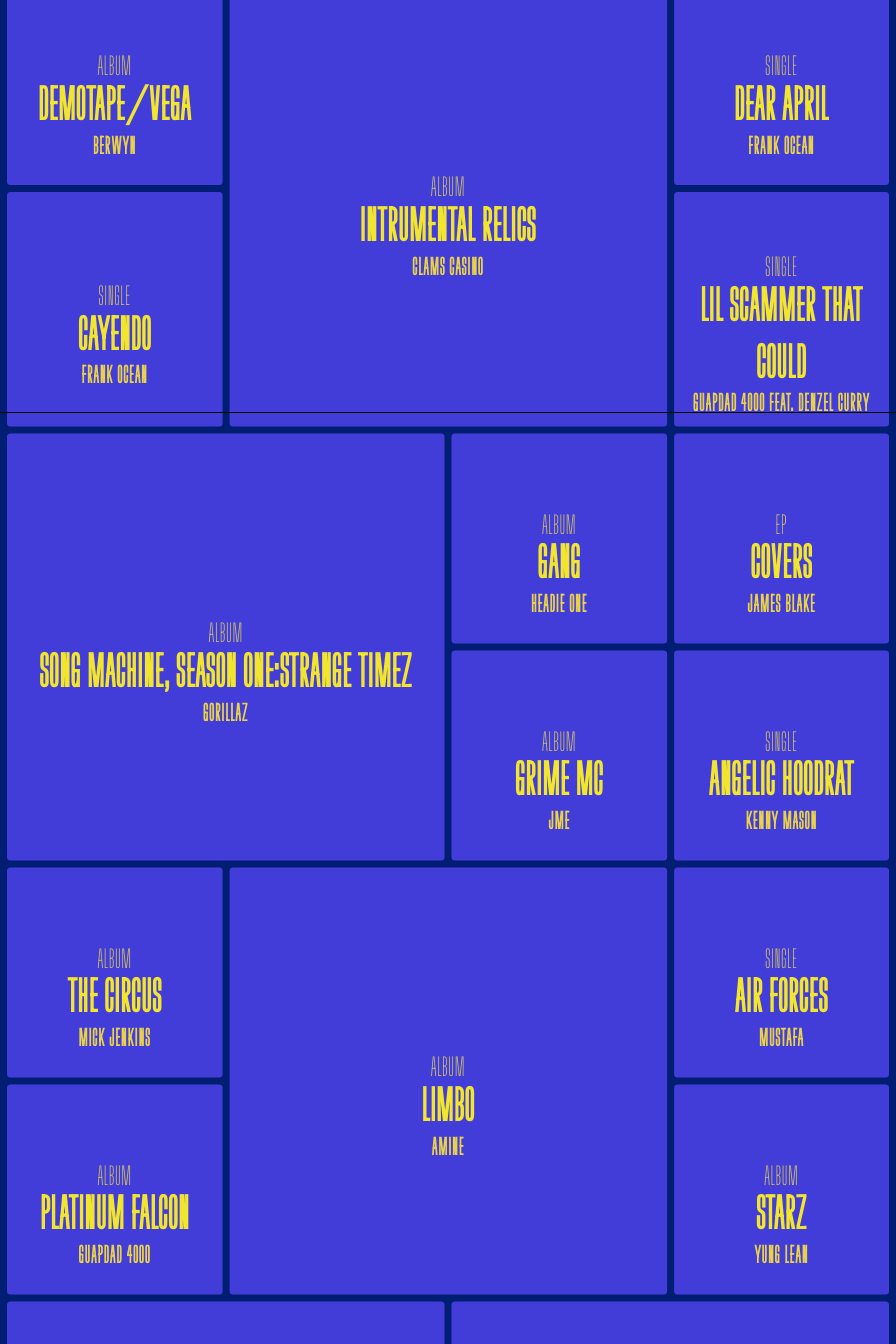
Repository: Spreceriany/musicly2020
Page: /
These files come from the project's save history. The page is drawn as it stood at one moment and after the next save; the edit follows.
The browser window is 1280 px wide. The pictures show the part of the page from y = 2315 to 4235 px (the page is 6035 px tall), at 70% of full size.
Backgrounds fixed to the window are drawn as part of the page. The project was rebuilt for these pictures with package versions that can differ from the ones it lists, and the page was loaded fresh each time.

Above is the page before, as saved 2021-01-16 16:30:20.
Console error: ReferenceError: Blazy is not defined

### index.html
<!doctype html>
<html class="no-js" lang="">

<head>
  <meta charset="utf-8">
  <title></title>
  <meta name="description" content="">
  <meta name="viewport" content="width=device-width, initial-scale=1">

  <meta property="og:title" content="">
  <meta property="og:type" content="">
  <meta property="og:url" content="">
  <meta property="og:image" content="">

  <link rel="manifest" href="site.webmanifest">
  <link rel="apple-touch-icon" href="icon.png">
  <!-- Place favicon.ico in the root directory -->

  <link rel="stylesheet" href="css/main.css">

  <meta name="theme-color" content="#fafafa">
</head>

<body>

  <div class="intro-wrapper">
    <div class="intro-bg" id="intro-bg">

    </div>
    <h3 id="title">
      My favourite albums/singles of <span class="year">2020</span>
    </h3>
    <p id="title-desc">
      A collection of music I've been listening to throughout the year
    </p>
  </div>

  <div class="grid-layout">
    <div class="grid-item grid-item-1">
      <div class="image-container  data-tilt data-tilt-glare data-tilt-max-glare="0.8"">

        <a href="https://open.spotify.com/album/6wTyGUWGCilBFZ837k5aRi">
          <img data-src="img/21savage.jpg" class="b-lazy" alt="image">
        </a>
      </div>
      <div class="album-disc">
        <a href="https://open.spotify.com/album/6wTyGUWGCilBFZ837k5aRi">
          <p>Album</p>
          <h2>Savage Mode ||</h2>
          <h3>21 Savage & Metro Boomin</h3>
        </a>
      </div>
    </div>
    <div class="grid-item grid-item-2 ">
      <div class="image-container data-tilt-glare ">
        <a href="https://open.spotify.com/album/4yP0hdKOZPNshxUOjY0cZj">
        <img data-src="img/Weekend-After-Hours-p.jpg" alt="image" class="b-lazy">
      </a>
      </div>
      <div class="album-disc">
        <a href="https://open.spotify.com/album/4yP0hdKOZPNshxUOjY0cZj">
        <p>Album</p>
        <h2>After Hours</h2>
        <h3>The Weeknd</h3>
      </a>
      </div>
    </div>

    <div class="grid-item grid-item-4">
      <div class="image-container">
        <a href="https://open.spotify.com/album/7h4cJfXQZMUCzHdqh25ye6?highlight=spotify:track:5QAUGlyYPPnis3e8ln0qiz">
        <img data-src="img/jpegmafia.jpg" class="b-lazy"  alt="image" >
      </a>
      </div>
      <div class="album-disc">
        <a href="https://open.spotify.com/album/7h4cJfXQZMUCzHdqh25ye6?highlight=spotify:track:5QAUGlyYPPnis3e8ln0qiz">
        <p>Single</p>
        <h2>BALD!</h2>
        <h3>JPEGMAFIA</h3>
        </a>
      </div>
    </div>
    <div class="grid-item span-2 grid-item-5">
      <div class="image-container">
        <a href="https://open.spotify.com/album/3dkB97Zw0sisRWTn0Wokjg?highlight=spotify:track:20wMPnqHdNdBWaKRaMM7fD">
        <img data-src="img/slowthai-feel-away.jpg" class="b-lazy" alt="image" >
      </a>
      </div>
      <div class="album-disc">
        <a href="https://open.spotify.com/album/3dkB97Zw0sisRWTn0Wokjg?highlight=spotify:track:20wMPnqHdNdBWaKRaMM7fD">
        <p>Single</p>
        <h2>Feel Away</h2>
        <h3>Slowthai feat. James Blake</h3>
      </a>
      </div>
    </div>
    <div class="grid-item grid-item-6">
      <div class="image-container">
        <a href="https://open.spotify.com/album/121Hqnfr9tMBdL0LJuIstL">
        <img data-src="img/dawson.jpg" class="b-lazy"  alt="image" >
      </a>
      </div>
      <div class="album-disc">
        <a href="https://open.spotify.com/album/121Hqnfr9tMBdL0LJuIstL">
        <p>Album</p>
        <h2>Pixel Bath</h2>
        <h3>Jean Daawson</h3>
      </a>
      </div>
    </div>
    <div class="grid-item span-2 grid-item-7">
      <div class="image-container">
        <a href="https://open.spotify.com/album/5LsyqeWryTmxsmda4xkm5a">
        <img data-src="img/denzel.jpg" class="b-lazy"  alt="image" >
      </a>
      </div>
      <div class="album-disc">
        <a href="https://open.spotify.com/album/5LsyqeWryTmxsmda4xkm5a">
        <p>Album</p>
        <h2>UNLOCKED</h2>
        <h3>Denzel Curry</h3>
      </a>
      </div>
    </div>
    <div class="grid-item span-2 grid-item-8">
      <div class="image-container">
        <a href="https://open.spotify.com/album/1YZ3k65Mqw3G8FzYlW1mmp">
        <img data-src="img/circles.jpeg" class="b-lazy" alt="image" >
      </a>
      </div>
      <div class="album-disc">
        <a href="https://open.spotify.com/album/1YZ3k65Mqw3G8FzYlW1mmp">
        <p>Album</p>
        <h2>Circles</h2>
        <h3>Mac Miller</h3>
      </a>
      </div>
    </div>
    <div class="grid-item span-2 grid-item-9">

      <div class="image-container">
        <a href="https://open.spotify.com/album/31qVWUdRrlb8thMvts0yYL">
        <img data-src="img/tame_impala.jpg" class="b-lazy" alt="image" >
      </a>
      </div>
      <div class="album-disc">
        <a href="https://open.spotify.com/album/31qVWUdRrlb8thMvts0yYL">
        <p>Album</p>
        <h2>Slow Rush</h2>
        <h3>Tame Impala</h3>
      </a>
      </div>
    </div>
    <div class="grid-item grid-item-10">

      <div class="image-container">
        <a href="https://open.spotify.com/album/3SucuvOplRzjCm602c5XuK">
         <img data-src="img/berwyn.jpg" class="b-lazy" alt="image" >
        </a>
      </div>
      <div class="album-disc">
        <a href="https://open.spotify.com/album/3SucuvOplRzjCm602c5XuK">
        <p>Album</p>
        <h2>Demotape/Vega</h2>
        <h3>Berwyn</h3>
      </a>
      </div>

    </div>
    <div class="grid-item grid-item-11 span-2">
      <div class="image-container">
        <a href="https://open.spotify.com/album/66eXLlqksAwNndmHaHWtCq">
        <img data-src="img/clams_casino.jpg" class="b-lazy" alt="image" >
      </a>
      </div>
      <div class="album-disc">
        <a href="https://open.spotify.com/album/66eXLlqksAwNndmHaHWtCq">
        <p>Album</p>
        <h2>Intrumental Relics</h2>
        <h3>Clams Casino</h3>
      </a>
      </div>
    </div>
    <div class="grid-item span-2 grid-item-12">
      <div class="image-container">
        <a href="https://open.spotify.com/album/5I9K0u8r52jp4Y2bF8mOaz">
        <img data-src="img/gorillaz.jpg" class="b-lazy" alt="image" >
      </a>
      </div>
      <div class="album-disc">
        <a href="https://open.spotify.com/album/5I9K0u8r52jp4Y2bF8mOaz">
        <p>Album</p>
        <h2>Song Machine, Season One:Strange Timez</h2>
        <h3>Gorillaz</h3>
      </a>
      </div>
    </div>
    <div class="grid-item  grid-item-13">
      <div class="image-container">
        <a href="">
        <img data-src="img/dearapril.jpg" class="b-lazy" alt="image" >
      </a>
      </div>
      <div class="album-disc">
        <a href="">
        <p>Single</p>
        <h2>Dear April</h2>
        <h3>Frank Ocean</h3>
      </a>
      </div>
    </div>
    <div class="grid-item grid-item-14">
      <div class="image-container">
        <a href="">
        <img data-src="img/frank_cayendo.jpg" class="b-lazy"  alt="image" >
      </a>
      </div>
      <div class="album-disc">
        <a href="">
        <p>Single</p>
        <h2>Cayendo</h2>
        <h3>Frank Ocean</h3>
      </a>
      </div>
    </div>
    <div class="grid-item grid-item-15">
      <div class="image-container">
        <a href="">
        <img data-src="img/guapdad.png" class="b-lazy" alt="image" >
      </a>
      </div>
      <div class="album-disc">
        <a href="">
        <p>Single</p>
        <h2>Lil Scammer That Could</h2>
        <h3>Guapdad 4000 feat. Denzel Curry</h3>
      </a>
      </div>
    </div>
    <div class="grid-item grid-item-16">
      <div class="image-container">
        <a href="">
        <img data-src="img/headie.jpg" class="b-lazy" alt="image" >
      </a>
      </div>
      <div class="album-disc">
        <a href="">
        <p>Album</p>
        <h2>GANG</h2>
        <h3>Headie One</h3>
      </a>
      </div>
    </div>
    <div class="grid-item span-3 grid-item-17">
      <div class="image-container">
        <a href="">
        <img data-src="img/james-blake.jpg" class="b-lazy" alt="image" >
      </a>
      </div>
      <div class="album-disc">
        <a href="">
        <p>Ep</p>
        <h2>Covers</h2>
        <h3>James Blake</h3>
      </a>
      </div>
    </div>
    <div class="grid-item grid-item-18">
      <div class="image-container">
        <a href="">
        <img data-src="img/jme.jpg" class="b-lazy" alt="image" >
      </a>
      </div>
      <div class="album-disc">
        <a href="">
        <p>Album</p>
        <h2>Grime MC</h2>
        <h3>JME</h3>
      </a>
      </div>
    </div>
    <div class="grid-item grid-item-19">
      <div class="image-container">
        <a href="">
        <img data-src="img/kenny.jpg" class="b-lazy" alt="image" >
      </a>
      </div>
      <div class="album-disc">
        <a href="">
        <p>Single</p>
        <h2>Angelic Hoodrat</h2>
        <h3>Kenny Mason</h3>
      </a>
      </div>
    </div>

    <div class="grid-item  grid-item-21">
      <div class="image-container">
        <a href="">
        <img data-src="img/mick.png" class="b-lazy" alt="image" >
      </a>
      </div>
      <div class="album-disc">
        <a href="">
        <p>Album</p>
        <h2>The Circus</h2>
        <h3>Mick Jenkins</h3>
      </a>
      </div>

    </div>
    <div class="grid-item span-2 grid-item-20">
      <div class="image-container">
        <a href="">
        <img data-src="img/limbo_amine.jpg" class="b-lazy" alt="image" >
      </a>
      </div>
      <div class="album-disc">
        <a href="">
        <p>Album</p>
        <h2>Limbo</h2>
        <h3>Amine</h3>
      </a>
      </div>
    </div>
    <div class="grid-item span-2 grid-item-22">
      <div class="image-container">
        <a href="">
        <img data-src="img/moses.jpg" class="b-lazy" alt="image" >
      </a>
      </div>
      <div class="album-disc">
        <a href="">
        <p>Album</p>
        <h2>grae</h2>
        <h3>Moses Sumney</h3>
      </a>
      </div>
    </div>
    <div class="grid-item grid-item-23">
      <div class="image-container">
        <a href="">
        <img data-src="img/mustafa.png" class="b-lazy" alt="image" >
      </a>
      </div>
      <div class="album-disc">
        <a href="">
        <p>Single</p>
        <h2>Air Forces</h2>
        <h3>Mustafa</h3>
      </a>
      </div>
    </div>
    <div class="grid-item grid-item-24">
      <div class="image-container">
        <a href="">
        <img data-src="img/platinum falcon.jpg" class="b-lazy" alt="image" >
      </a>
      </div>
      <div class="album-disc">
        <a href="">
        <p>Album</p>
        <h2>Platinum Falcon</h2>
        <h3>Guapdad 4000</h3>
      </a>
      </div>
    </div>
    <div class="grid-item span-2 grid-item-25">
      <div class="image-container">
        <a href="">
        <img data-src="img/motm3.jpg" class="b-lazy" alt="image" >
      </a>
      </div>
      <div class="album-disc">
        <a href="">
        <p>Album</p>
        <h2>Man on the Moon 3</h2>
        <h3>Kid Cudi</h3>
      </a>
      </div>
    </div>
    <div class="grid-item  grid-item-26">
      <div class="image-container">
        <a href="">
        <img data-src="img/yung_lean.png" class="b-lazy"   alt="image" >
      </a>
      </div>
      <div class="album-disc">
        <a href="">
        <p>Album</p>
        <h2>Starz</h2>
        <h3>Yung Lean</h3>
      </a>
      </div>
    </div>
    <div class="grid-item  grid-item-26">
      <div class="image-container">
        <a href="">
        <img data-src="img/tobi.jpg" class="b-lazy"  alt="image" >
      </a>
      </div>
      <div class="album-disc">
        <a href="">
        <p>EP</p>
        <h2>LINGO STARR</h2>
        <h3>tobi lou</h3>
      </a>
      </div>
    </div>
    <div class="grid-item  grid-item-26">
      <div class="image-container">
        <a href="">
        <img data-src="img/whiterose.jpg" class="b-lazy"  alt="image" >
      </a>
      </div>
      <div class="album-disc">
        <a href="">
        <p>Album</p>
        <h2>white ceiling</h2>
        <h3>whiterosemoxie</h3>
      </a>
      </div>
    </div>
    <div class="grid-item span-2 grid-item-26">
      <div class="image-container">
        <a href="">
        <img data-src="img/spiligion.png" class="b-lazy" alt="image" >
      </a>
      </div>
      <div class="album-disc">
        <a href="">
        <p>Album</p>
        <h2>Spligion</h2>
        <h3>Spillage Village</h3>
      </a>
      </div>
    </div>
    <div class="grid-item  grid-item-26">
      <div class="image-container">
        <a href="">
        <img data-src="img/kota.jpg" class="b-lazy" alt="image" >
      </a>
      </div>
      <div class="album-disc">
        <a href="">
        <p>Album</p>
        <h2>EVERYTHING</h2>
        <h3>Kota the Friend</h3>
      </a>
      </div>
    </div>
    <div class="grid-item  grid-item-26">
      <div class="image-container">
        <a href="">
        <img data-src="img/rapper-weed.jpg" class="b-lazy" alt="image" >
      </a>
      </div>
      <div class="album-disc">
        <a href="">
        <p>Single</p>
        <h2>Rapper Weed</h2>
        <h3>SiR</h3>
      </a>
      </div>
    </div>
    <div class="grid-item span-2 grid-item-27">
      <div class="image-container">
        <a href="">
        <img data-src="img/strokes.jpg" class="b-lazy"  alt="image" >
      </a>
      </div>
      <div class="album-disc">
        <a href="">
        <p>Album</p>
        <h2>The New Abnormal</h2>
        <h3>The Strokes</h3>
      </a>
      </div>
    </div>



  </div>




  <script src="js/vendor/modernizr-3.11.2.min.js"></script>
  <script src="js/plugins.js"></script>
  <script defer src="js/main.js"></script>
  <script src="js/blazy.js"></script>
  <script src="js/gsap-public/gsap-public/minified/gsap.min.js"></script>
  <script src="js/vanilla-tilt.min.js"></script>
  <!-- Google Analytics: change UA-XXXXX-Y to be your site's ID. -->
  <script>
    var blazy = new Blazy({
      offset:400
    });
  </script>

  <script type="text/javascript">
    VanillaTilt.init(document.querySelectorAll(".image-container"), {
      max: 10,
      speed: 700,
      glare:true,
      gyroscope:false,


      "max-glare":.6,
    });

    //It also supports NodeList
    VanillaTilt.init(document.querySelectorAll(".image-container"));
  </script>

  <script src="https://www.google-analytics.com/analytics.js" async></script>
</body>

</html>

### css/main.css
@font-face {
  font-family: "Gt Flexa";
  src: url("../css/GT Flexa Regular.ttf");
}

* {
  -webkit-box-sizing: border-box;
          box-sizing: border-box;
  padding: 0;
  margin: 0;
}

body {
  font-family: "GT Flexa";
  -webkit-font-smoothing: antialiased;
  -moz-osx-font-smoothing: grayscale;
}

.grid-layout {
  display: -ms-grid;
  display: grid;
  -ms-grid-columns: (minmax(300px, 1fr))[auto-fill];
      grid-template-columns: repeat(auto-fill, minmax(300px, 1fr));
  grid-gap: 10px;
  grid-auto-rows: minmax(300px, auto);
  grid-auto-flow: dense;
  padding: 10px;
  background-color: #021E73;
}

.grid-item {
  display: -ms-grid;
  display: grid;
  padding: 1rem;
  font-size: 40px;
  -webkit-box-align: stretch;
      -ms-flex-align: stretch;
          align-items: stretch;
  justify-items: center;
  background-color: #423DD9;
  height: 100%;
  color: #929796;
  border-radius: 5px;
}

.grid-item h2 {
  color: #F2E52E;
  text-transform: uppercase;
  letter-spacing: 2px;
  margin-top: -12px;
  font-size: 4.2rem;
}

.grid-item h3 {
  color: #E9D249;
  text-transform: uppercase;
  letter-spacing: 2px;
  font-size: 2.2rem;
  font-weight: 700;
}

.grid-item p {
  text-transform: uppercase;
  letter-spacing: 1px;
  color: #cabc69;
}

.span-2 {
  -ms-grid-column-span: 2;
      grid-column-end: span 2;
  -ms-grid-row-span: 2;
      grid-row-end: span 2;
}

@media (max-width: 646px) {
  .grid-layout {
    -ms-grid-columns: 1fr;
        grid-template-columns: 1fr;
  }
  .span-2 {
    grid-column-end: auto;
    grid-row-end: auto;
  }
}

img {
  width: 100%;
  height: auto;
}

.image-container {
  width: 100%;
  display: table;
}

.image-container a {
  display: -webkit-box;
  display: -ms-flexbox;
  display: flex;
}

.image-container img {
  -o-object-fit: cover;
     object-fit: cover;
  -webkit-box-shadow: 7px 4px 8px 0px rgba(0, 0, 0, 0.63);
  box-shadow: 7px 4px 8px 0px rgba(0, 0, 0, 0.63);
  -webkit-transition: -webkit-transform .7s ease, -webkit-box-shadow .7s ease;
  transition: -webkit-transform .7s ease, -webkit-box-shadow .7s ease;
  transition: transform .7s ease, box-shadow .7s ease;
  transition: transform .7s ease, box-shadow .7s ease, -webkit-transform .7s ease, -webkit-box-shadow .7s ease;
}

.album-disc {
  width: 100%;
  position: relative;
  display: -webkit-box;
  display: -ms-flexbox;
  display: flex;
  -webkit-box-orient: vertical;
  -webkit-box-direction: normal;
      -ms-flex-direction: column;
          flex-direction: column;
  -webkit-box-align: center;
      -ms-flex-align: center;
          align-items: center;
  -webkit-transition: opacity .7s ease, -webkit-transform .7s ease;
  transition: opacity .7s ease, -webkit-transform .7s ease;
  transition: opacity .7s ease, transform .7s ease;
  transition: opacity .7s ease, transform .7s ease, -webkit-transform .7s ease;
  margin-top: 15px;
}

.album-disc a {
  -ms-flex-item-align: center;
      -ms-grid-row-align: center;
      align-self: center;
  text-decoration: none;
  text-align: center;
  position: relative;
}

.intro-wrapper {
  width: 100%;
  min-height: 100vh;
  background-color: #021E73;
  display: -ms-grid;
  display: grid;
  z-index: 10;
  padding: 40px;
  background-position: 60% center;
  place-content: center;
  position: relative;
}

@media only screen and (max-width: 996px) {
  .intro-wrapper .intro-wrapper {
    background-position: left;
  }
}

.intro-wrapper h3 {
  opacity: 0;
  font-weight: 700;
  text-transform: uppercase;
  color: #F2E52E;
  letter-spacing: 3px;
  font-size: max(11vw, 5rem);
}

@media (max-width: 556px) {
  .intro-wrapper h3, .intro-wrapper p {
    line-height: 94%;
  }
}

.intro-wrapper p {
  font-size: max(5vw, 3rem);
  color: #E9D249;
  letter-spacing: 2px;
  line-height: 45px;
  opacity: 0;
}

.intro-wrapper .intro-bg {
  position: absolute;
  width: 100%;
  height: 100%;
  background-image: url("../img/Sluchatka.png");
  background-size: cover;
  background-repeat: no-repeat;
  background-position: center;
  background-attachment: fixed;
  z-index: -1;
  opacity: 0;
}

@media only screen and (max-width: 996px) {
  .intro-wrapper .intro-bg {
    background-position: left;
  }
}

.year {
  color: #021E73;
  text-shadow: 1px 0 0 #F2E52E, 0 1px 0 #F2E52E, -1px 0 0 #F2E52E, 0 -1px 0 #F2E52E;
}

.b-lazy {
  -webkit-transition: opacity 500ms ease-in-out;
  transition: opacity 500ms ease-in-out;
  max-width: 100%;
  opacity: 0;
}

.b-lazy.b-loaded {
  opacity: 1;
}

.grid-item:hover .image-container img {
  -webkit-transform: scale(1.02);
          transform: scale(1.02);
  -webkit-box-shadow: 5px 3px 30px 9px #000000;
  box-shadow: 0px 14px 43px 6px #000000;
}

.grid-item:hover .album-disc {
  -webkit-transform: scale(0.9);
          transform: scale(0.9);
  opacity: 0.8;
}
/*# sourceMappingURL=main.css.map */

### js/plugins.js
// Avoid `console` errors in browsers that lack a console.
(function() {
  var method;
  var noop = function () {};
  var methods = [
    'assert', 'clear', 'count', 'debug', 'dir', 'dirxml', 'error',
    'exception', 'group', 'groupCollapsed', 'groupEnd', 'info', 'log',
    'markTimeline', 'profile', 'profileEnd', 'table', 'time', 'timeEnd',
    'timeline', 'timelineEnd', 'timeStamp', 'trace', 'warn'
  ];
  var length = methods.length;
  var console = (window.console = window.console || {});

  while (length--) {
    method = methods[length];

    // Only stub undefined methods.
    if (!console[method]) {
      console[method] = noop;
    }
  }
}());

// Place any jQuery/helper plugins in here.

### js/main.js
const timeline = gsap.timeline({defaults: {duration:1}})

timeline
    .to('#intro-bg',{scale:1,opacity:1,duration:1.5})
    .to('#title',{opacity:1})
    .to('#title-desc',{opacity:1})

Loaded but not shown: js/vendor/modernizr-3.11.2.min.js (library); js/gsap-public/gsap-public/minified/gsap.min.js (library); js/vanilla-tilt.min.js (library); js/blazy.js (370 lines, source omitted)

After the next save:
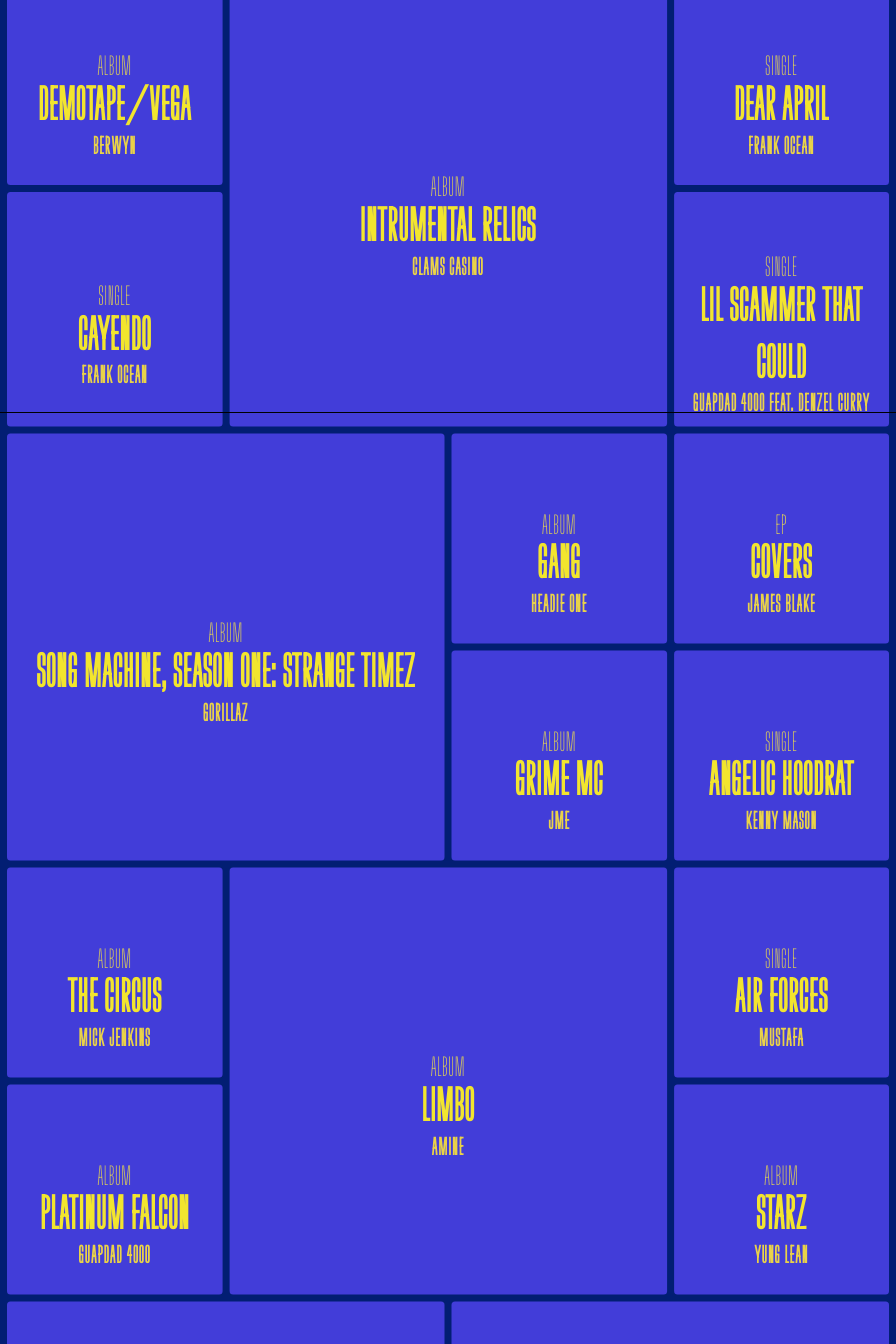
Saved 71 s later.
--- a/index.html
+++ b/index.html
@@ -190,7 +190,7 @@
       <div class="album-disc">
         <a href="https://open.spotify.com/album/5I9K0u8r52jp4Y2bF8mOaz">
         <p>Album</p>
-        <h2>Song Machine, Season One:Strange Timez</h2>
+        <h2>Song Machine, Season One: Strange Timez</h2>
         <h3>Gorillaz</h3>
       </a>
       </div>
